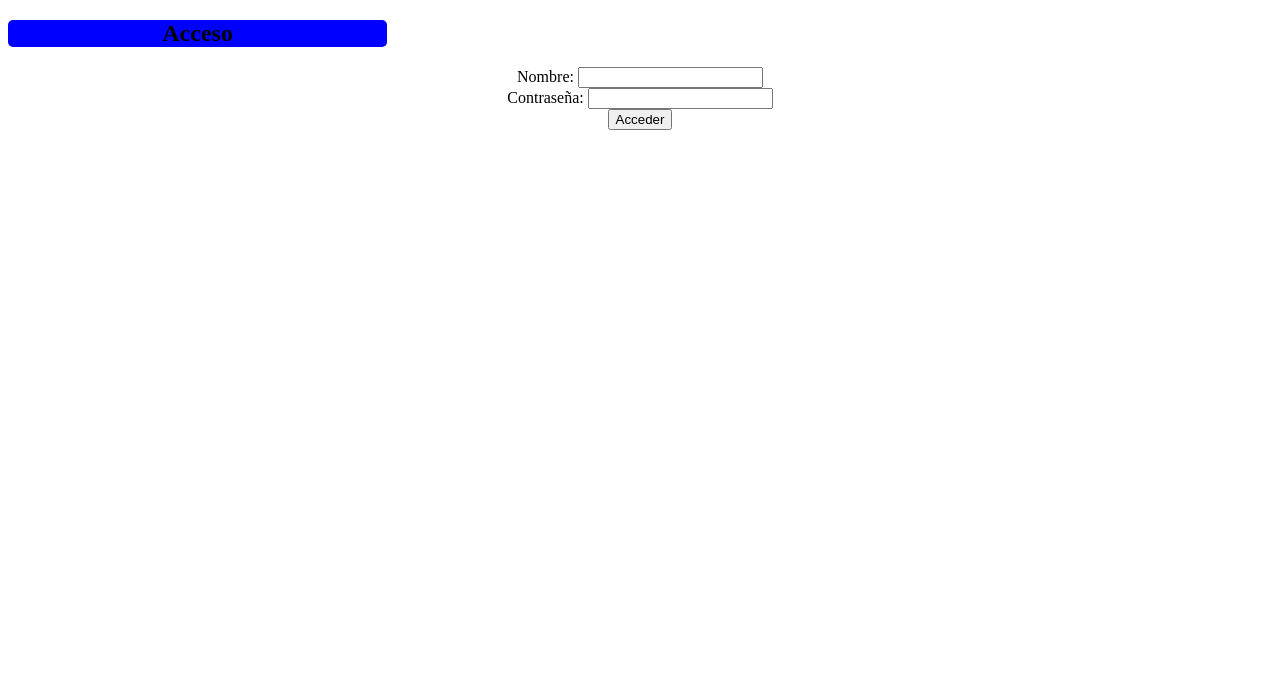
Repository: MateoSantander/Ejercicios4y5
Page: http://localhost/Ejercicio_4/JSP_login.jsp
The author's editor kept a copy of each file at every save. The page is drawn from the files as they stood at one save, then again after the next save.
The browser window is 1280 px wide. The pictures show the whole page.
The page is served by Tomcat 9.

Above is the page before, as saved 2022-03-18 13:31:28.

After the next save:
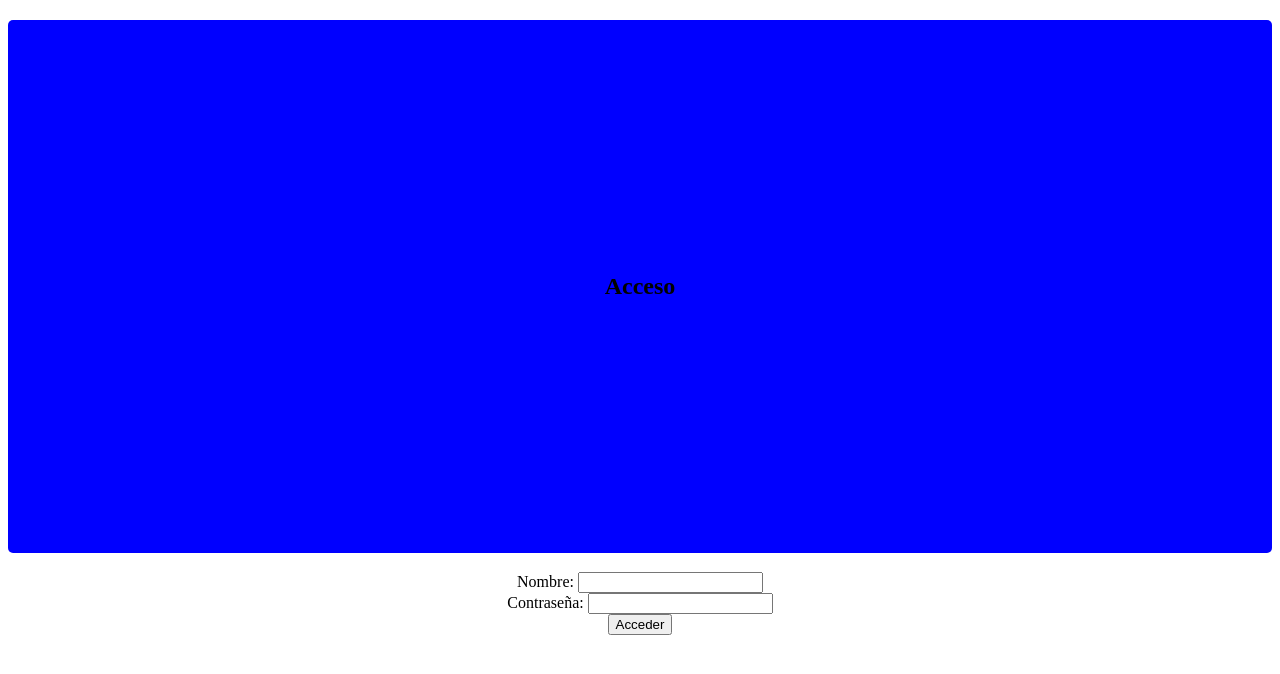
Saved 74 s later.
--- a/Ejercicio_4/src/main/webapp/css/design.css
+++ b/Ejercicio_4/src/main/webapp/css/design.css
@@ -3,7 +3,7 @@
 h2{
 	 color:rgb(rgb(255, 0, 0), green, blue);
         text-align:center;
-        width:30%;
+        padding:20%;
         border-radius: 5px;
         background-color: blue;
 }

After the save that followed:
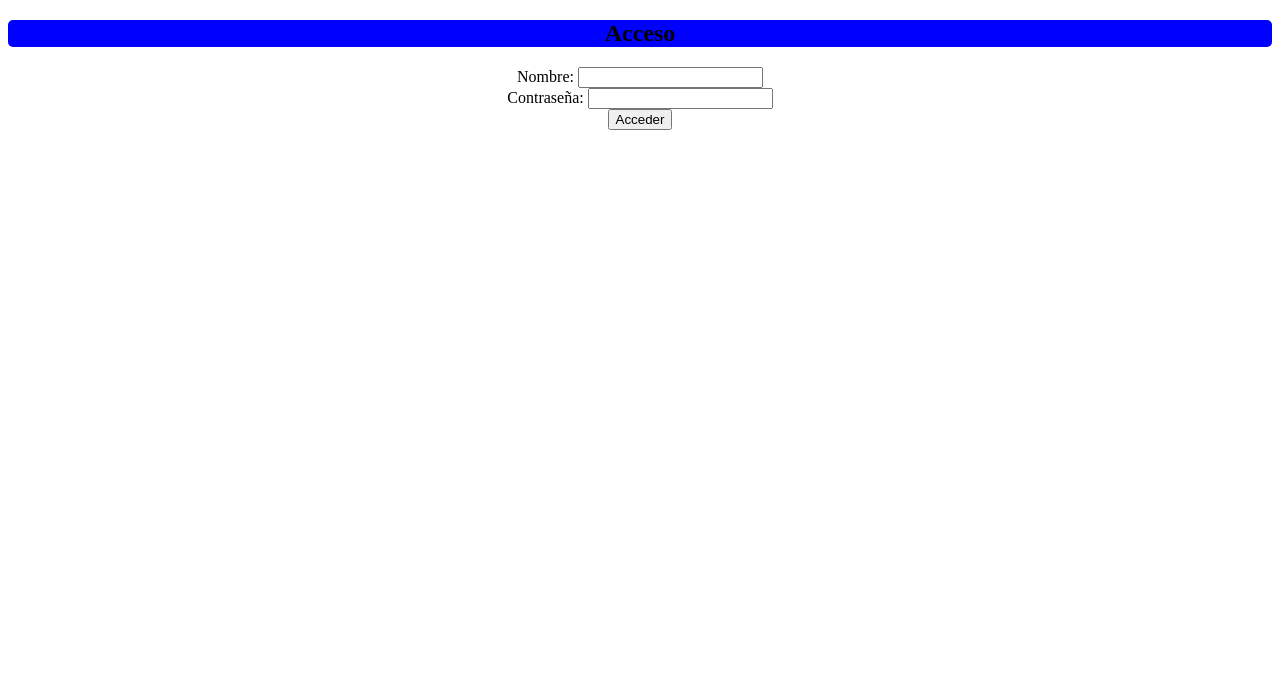
Saved 39 s later.
--- a/Ejercicio_4/src/main/webapp/css/design.css
+++ b/Ejercicio_4/src/main/webapp/css/design.css
@@ -3,7 +3,6 @@
 h2{
 	 color:rgb(rgb(255, 0, 0), green, blue);
         text-align:center;
-        padding:20%;
         border-radius: 5px;
         background-color: blue;
 }
